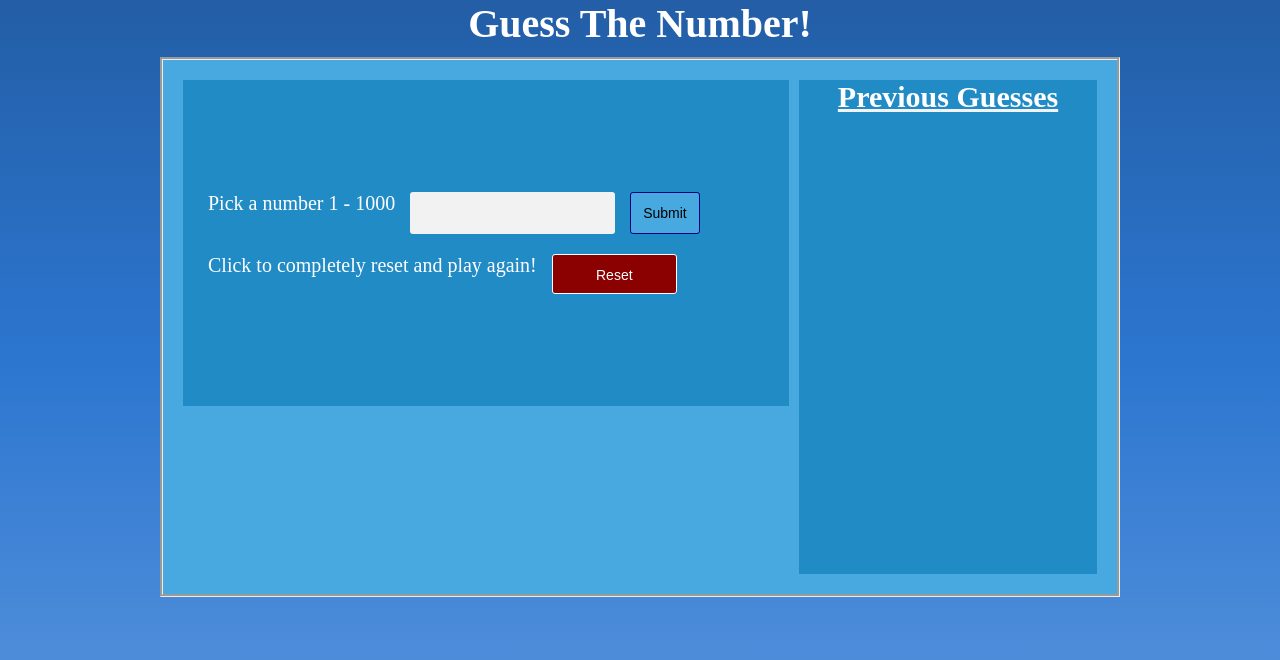
Repository: mlmEFSC21/P15-Modified-Guessing-Game
Page: guess.html
The author's editor kept a copy of each file at every save. The page is drawn from the files as they stood at one save, then again after the next save.
The browser window is 1280 px wide. The pictures show the whole page.

Above is the page before, as saved 2022-03-23 14:17:38.

After the next save:
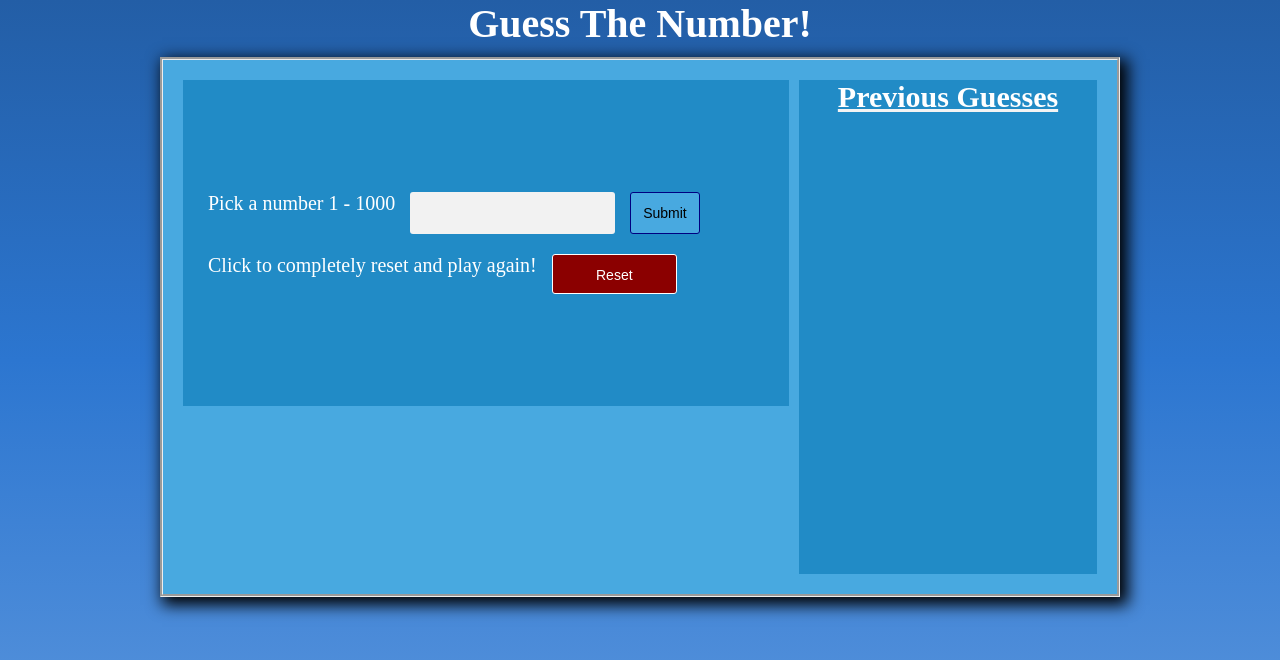
Saved 99 s later.
--- a/guess.css
+++ b/guess.css
@@ -36,7 +36,7 @@ body {
     align-items: center;
     justify-content: center;
     border: groove;
-    box-shadow: 5px 5px 5 black;
+    box-shadow: 5px 5px 15px 3px black;
 }
 .results {
     background-color: var(--clr-primary);
